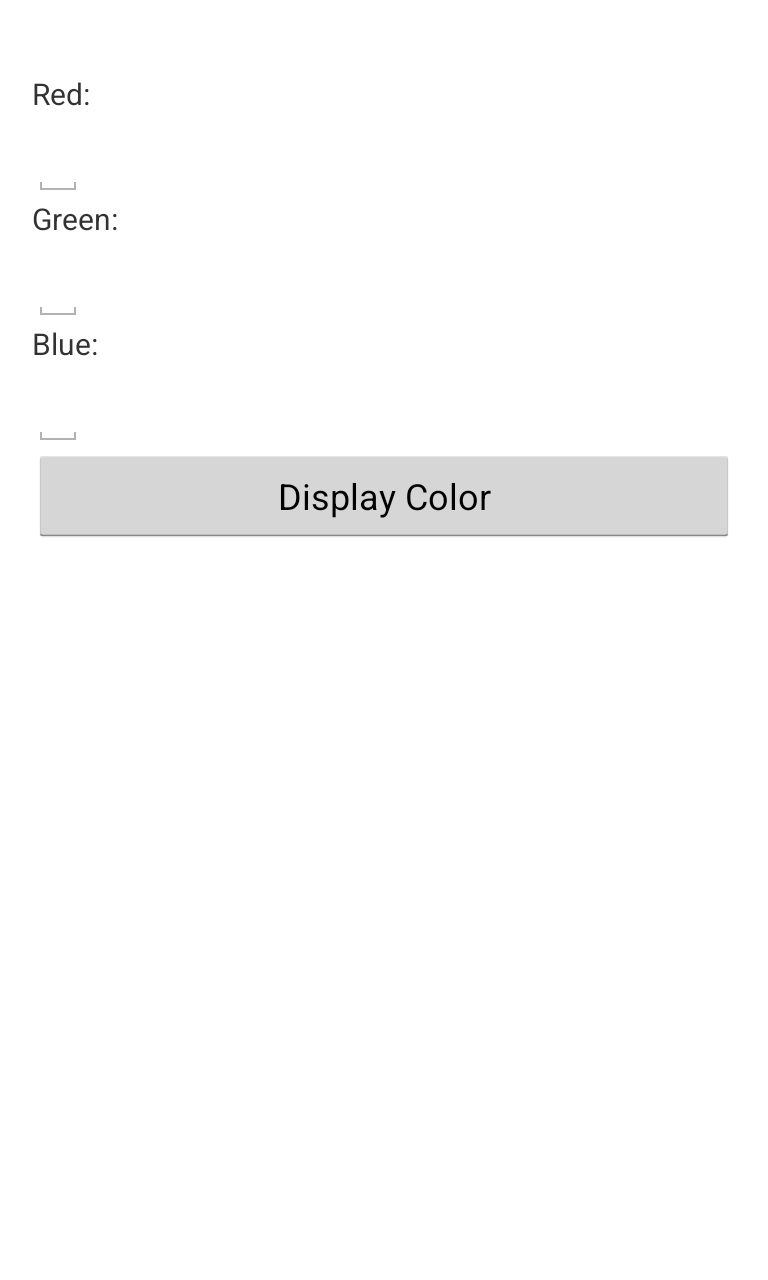
Repository: ek222mw/IDV436_API_Komponent
Layout: labb1_Colours/res/layout/activity_main.xml
These files come from the project's save history. The layout is drawn as it stood at one moment and after the next save; the edit follows.
It is drawn on a 768 x 1280 px phone screen (xhdpi) without system bars, with theme AppTheme; the app's code is not run.

Above is the layout before, as saved 2014-11-17 14:48:11.

### labb1_Colours/res/layout/activity_main.xml
<LinearLayout xmlns:android="http://schemas.android.com/apk/res/android"
    xmlns:tools="http://schemas.android.com/tools"
    android:orientation="vertical"
    android:layout_width="match_parent"
    android:layout_height="match_parent"
    android:paddingBottom="@dimen/activity_vertical_margin"
    android:paddingLeft="@dimen/activity_horizontal_margin"
    android:paddingRight="@dimen/activity_horizontal_margin"
    android:paddingTop="@dimen/activity_vertical_margin"
    tools:context="com.example.randomize.RandomNum" >

    <TextView
       android:id="@+id/result"
        android:layout_width="wrap_content"
        android:layout_height="wrap_content"
        android:text="@string/result"
        android:layout_gravity="center"
        android:textSize="15sp"
         />



    <TextView

        android:layout_width="wrap_content"
        android:layout_height="wrap_content"
        android:text="@string/red"
        android:layout_gravity="left"
        android:textSize="15sp"
         />

    <EditText android:id="@+id/edit_text_red"

        android:layout_width="wrap_content"
        android:layout_height="wrap_content"
        android:textSize="20sp"
        android:hint="@string/edit_text_red" />

     <TextView

        android:layout_width="wrap_content"
        android:layout_height="wrap_content"
        android:text="@string/green"
        android:layout_gravity="left"
        android:textSize="15sp"
         />

    <EditText android:id="@+id/edit_text_green"

        android:layout_width="wrap_content"
        android:layout_height="wrap_content"
        android:textSize="20sp"
        android:hint="@string/edit_text_green" />

    <TextView
        android:layout_width="wrap_content"
        android:layout_height="wrap_content"
        android:text="@string/blue"
        android:layout_gravity="left"
        android:textSize="15sp"
         />

    <EditText
        android:id="@+id/edit_text_blue"
        android:layout_width="wrap_content"
        android:layout_height="wrap_content"
        android:gravity="center"
        android:textSize="20sp"
        android:hint="@string/edit_text_blue" />

    <Button android:id="@+id/Button_Send"
        android:layout_width="match_parent"
        android:layout_height="wrap_content"
        android:layout_gravity="center"
        android:text="@string/button_text" />



</LinearLayout>

### labb1_Colours/res/values/strings.xml
<?xml version="1.0" encoding="utf-8"?>
<resources>

    <string name="app_name">labb1_Colours</string>
    <string name="result"></string>
    <string name="red">Red:</string>
    <string name="edit_text_red"></string>
    <string name="green">Green:</string>
    <string name="edit_text_green"></string>
    <string name="blue">Blue:</string>
    <string name="edit_text_blue"></string>
    <string name="button_text">Display Color</string>
    <string name="action_settings">Settings</string>

</resources>

Loaded but not shown: labb1_Colours/res/values/styles.xml (common file); labb1_Colours/res/values-v11/styles.xml (common file); labb1_Colours/res/values-v14/styles.xml (common file); labb1_Colours/res/values/dimens.xml (common file); labb1_Colours/res/values-w820dp/dimens.xml (common file)

After the next save:
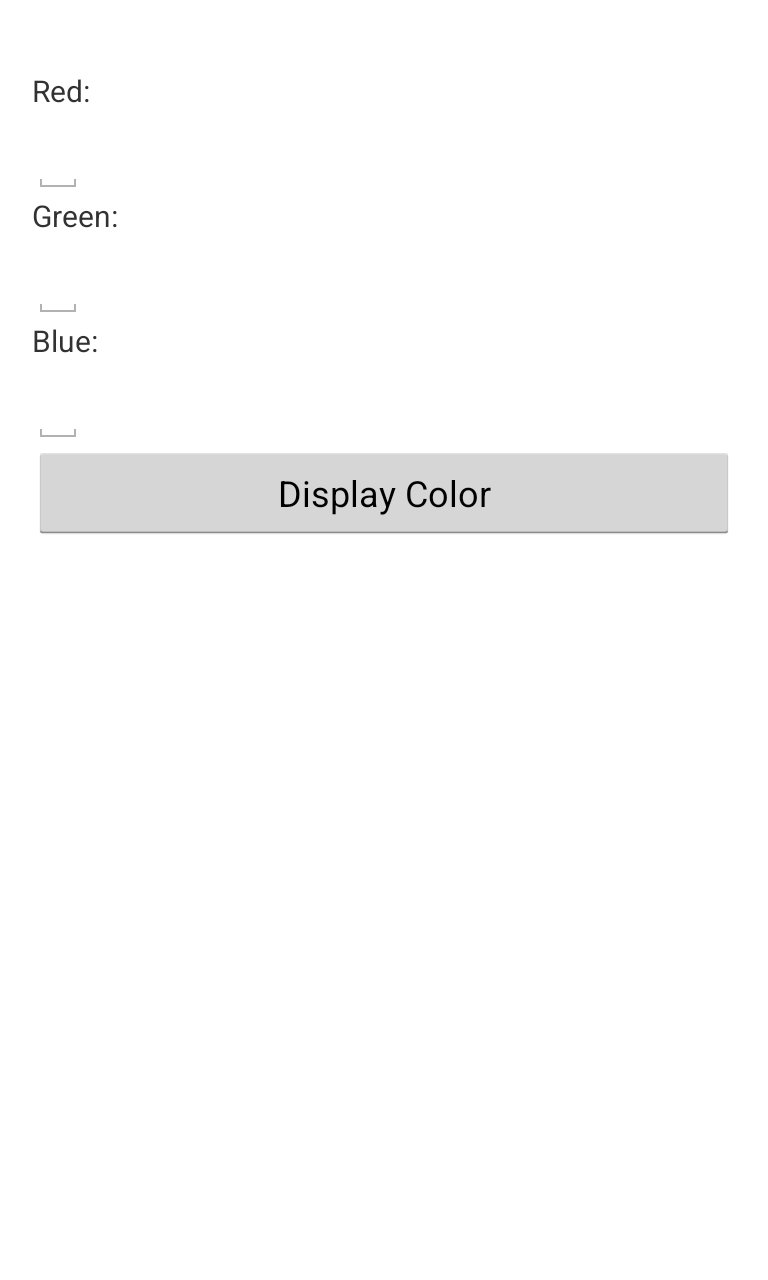
Saved 11 s later.
--- a/labb1_Colours/res/layout/activity_main.xml
+++ b/labb1_Colours/res/layout/activity_main.xml
@@ -15,7 +15,7 @@
         android:layout_height="wrap_content"
         android:text="@string/result"
         android:layout_gravity="center"
-        android:textSize="15sp"
+
          />
 
 
